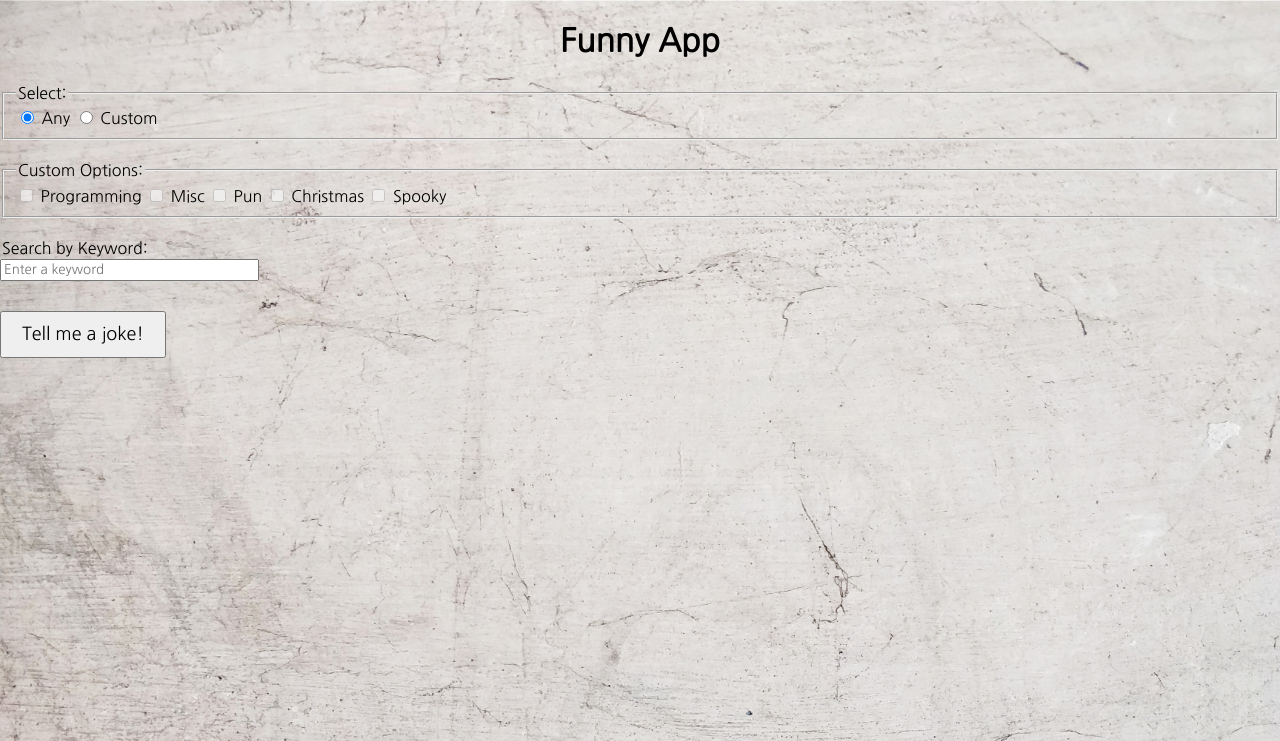
Repository: kaitlynMidori/dadJokeApi
Page: index.html
The author's editor kept a copy of each file at every save. The page is drawn from the files as they stood at one save, then again after the next save.
The browser window is 1280 px wide. The pictures show the whole page.
Some web libraries are served in a nearby version.

Above is the page before, as saved 2021-01-08 12:05:14.

### index.html
<!DOCTYPE html>
<html lang="en">
<head>
    <meta charset="UTF-8">
    <meta name="viewport" content="width=device-width, initial-scale=1.0">
    <title>Joke App</title>
    <link href="style.css" rel="stylesheet" type="text/css" />
    <link rel="preconnect" href="https://fonts.gstatic.com">
    <link href="https://fonts.googleapis.com/css2?family=Nanum+Gothic&display=swap" rel="stylesheet">

</head>
<body>
    <div id="container">
        <header>
            <h1>Funny App</h1>
        </header>

        <fieldset>
            <legend>Select:</legend>
                <div id="form-check">
                    <input type="radio"  id="any" name="type" value="Any" checked>
                    <label for="any">Any</label>

                    <input type="radio"  id="custom" name="type" value="Custom">
                    <label for="custom">Custom</label>
                </div>
        </fieldset>

        <br>

        <fieldset id="options" disabled>
            <legend>Custom Options:</legend>
                <div id="form-check form-check-inline">
                    <input type="checkbox" id="coding" name="category" value="Programming">
                    <label for="coding">Programming</label>

                    <input type="checkbox" id="misc" name="category" value="Miscellaneous">
                    <label for="misc">Misc</label>

                    <input type="checkbox" id="pun" name="category" value="Pun">
                    <label for="pun">Pun</label>

                    <input type="checkbox" id="chris" name="category" value="Christmas">
                    <label for="chris">Christmas</label>

                    <!-- <input type="checkbox" id="dark" name="category" value="dark">
                    <label for="dark">Dark</label> -->

                    <input type="checkbox" id="spooky" name="category" value="spooky">
                    <label for="spooky">Spooky</label>
                </div>
        </fieldset>

        <br>

            <form>
                <legend>Search by Keyword:</legend>
                <input type="form-control" placeholder="Enter a keyword" id="keyword">
            </form>

            <br>

            <button type="submit" id="submit button">Tell me a joke!</button>
            <div id="result"></div>
    </div>

    <script src="https://code.jquery.com/jquery-3.2.1.min.js"
          integrity="sha256-hwg4gsxgFZhOsEEamdOYGBf13FyQuiTwlAQgxVSNgt4="
          crossorigin="anonymous"></script>
    <script src="app.js"></script>
</body>
</html>

### style.css
body{
    margin: 0;
    background: cover;
    background-size: cover;
    background-repeat: no-repeat;
    background-image: url("screenshots/white-teal backdrop.jpg");
    /* background-image: linear-gradient(120deg, #a1c4fd 0%, #c2e9fb 100%); */
    min-height: 100vh;
}

* {
    font-family: 'Nanum Gothic', sans-serif;
    color: black;
}

header {
    width: 100%;
    margin-top: 5px;
    justify-content: center;
}

h1 {
    text-align: center;
}

button{
    margin-top: 10px;
    height: auto;
    font-size: 18px;
    font-weight: 500;
    text-align: center;
    color: black;
    cursor: pointer;
    margin-bottom: 0;
    /* border-radius: 3px; */
    padding: 10px 20px;
}

.keyword {
    margin-top: 10px;
    height: auto;
    font-size: 18px;
    font-weight: 500;
    text-align: center;
    color: black;
    cursor: pointer;
    margin-bottom: 0;
    /* border-radius: 3px; */
    padding: 10px 20px;
}

### app.js
//declare 'option', 'custom', 'any' element id's
let option = document.getElementById("options");
let custom = document.getElementById("custom");
let any = document.getElementById("any");

//add event listener on click
//if 'any' option checked
//disable options
any.addEventListener("click", (e)=>{
    if(e.target.checked){
        option.disabled = true;
    }
});

//add event listener on click
//if 'custom' option checked
//enable options
custom.addEventListener("click", (e)=>{
    if(e.target.checked){
        option.disabled = false;
    }
});

//declare asyncrynous getJoke
const getJoke = async () => {
    //declare result  = HTML div 'result' element id
    let result = document.getElementById('result');
    //replace result element with empty string
    result.innerHTML = "";
    //declare checkboxes= filter category checkboxes for checked
    let checkboxes = [...document.getElementsByName('category')].filter((checkbox)=>checkbox.checked);
    //declare category as empty string
    let category = "";
    //if 'any' type is checked
    if(any.checked){
        //category = 'any'
        category = "Any";
    }
    //if 'custom' type is checked
    if(custom.checked){
        //category = map to join checked category values
        category = checkboxes.map((c)=>c.value).join();
    }
    //console.log user selected joke category
    console.log(category);
    //declare url = dynamically generate url inserting user selected category
    let url = `https://v2.jokeapi.dev/joke/${category}`;
    // declare keyword = HTML form div 'keyword' element id
    let keyword = document.getElementById("keyword").value;
    //if keyword does not equal empty; dynamically generate url with user keyword input
    if(keyword != ""){
        url = `https://v2.jokeapi.dev/joke/${category}?contains=${keyword}`;
    }
    console.log(url);
    const response = await fetch(url);
    const data = await response.json();
    console.log(data);

    //if JSON data response = API doc response 'single'
    if(data.type == "single"){
        //insert API doc 'joke' into response element
        result.innerHTML = `<h3>${data.joke}</h3>`;
    }
    //if JSON data response = API doc response 'twopart'
    if(data.type == "twopart"){
        //insert API doc 'setup' into response element
        result.innerHTML = `<h3>${data.setup}</h3>`;
        //display 'delivery' after 1 second
        setTimeout(()=>{
            //insert API doc 'delivery' into response element
            result.innerHTML += `<h3>${data.delivery}</h3>`;
        },1000);
    }
}

//declare submit = HTML button 'submit button'
let submit = document.getElementById('submit button');
//upon 'submit', add event listener for 'click and activate 'getJoke'
submit.addEventListener("click", getJoke);

After the next save:
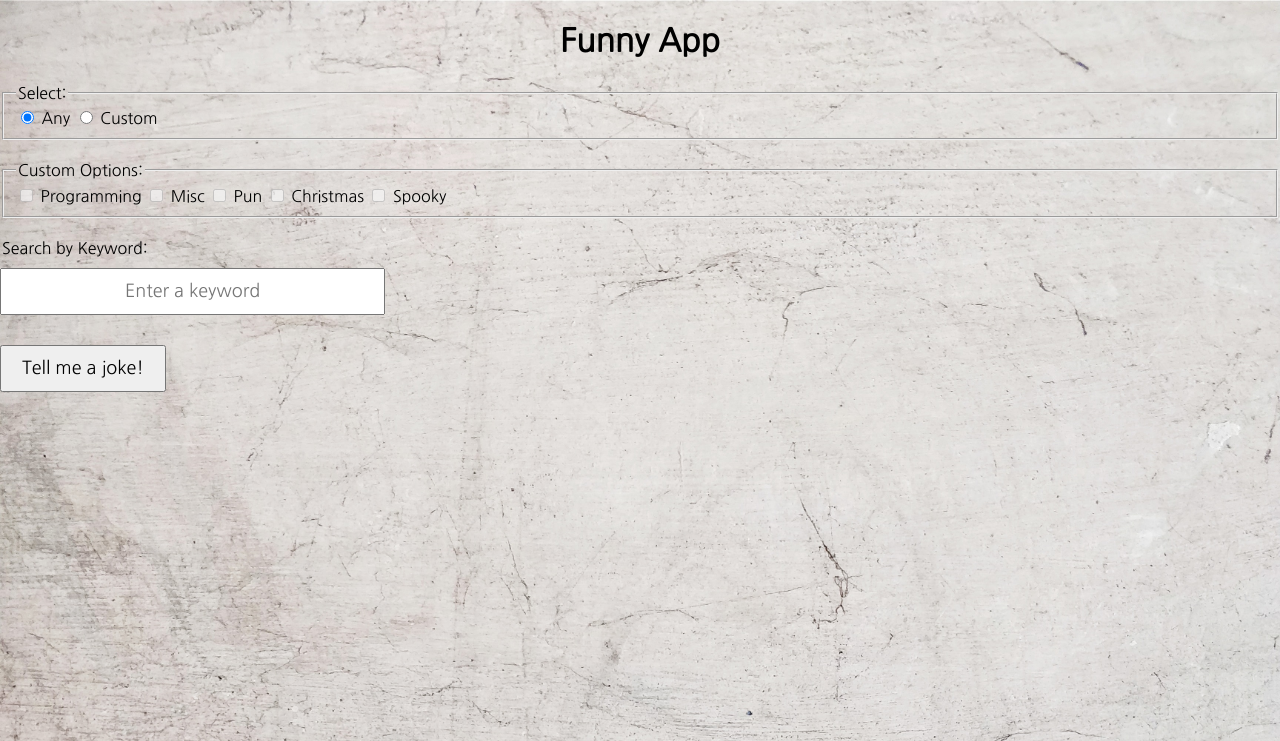
Saved 4 s later.
--- a/style.css
+++ b/style.css
@@ -36,7 +36,7 @@ button{
     padding: 10px 20px;
 }
 
-.keyword {
+#keyword {
     margin-top: 10px;
     height: auto;
     font-size: 18px;
